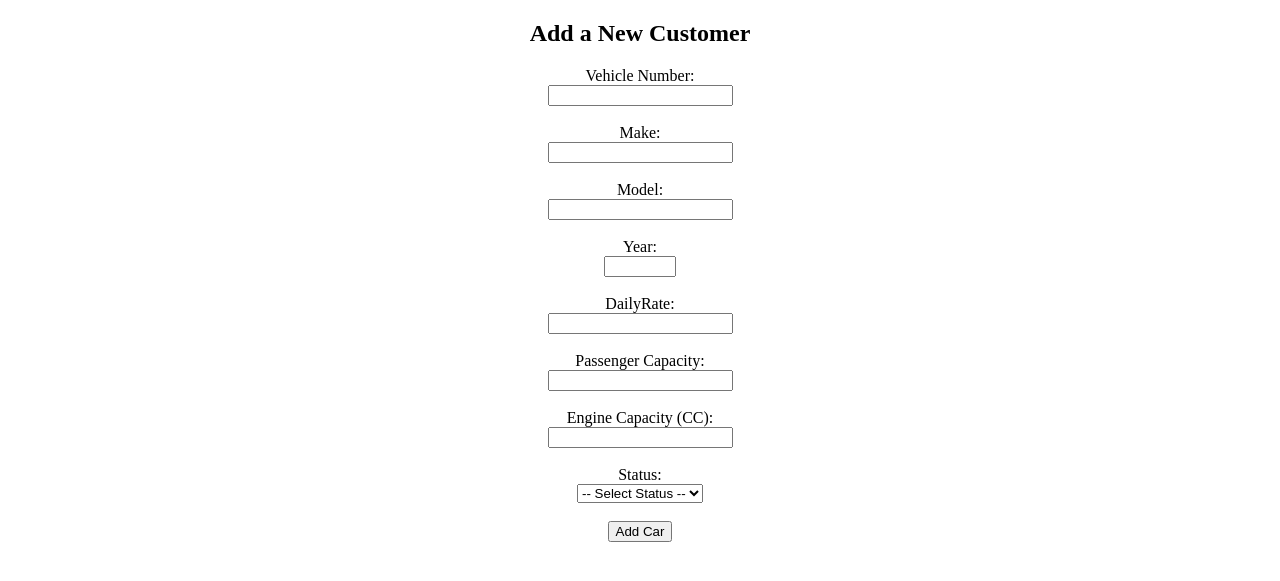
Repository: harsh23012/InfiniteProjects
Page: CarRent/carrent/src/main/webapp/AddCustomer.html
These files come from the project's save history. The page is drawn as it stood at one moment and after the next save; the edit follows.
The browser window is 1280 px wide. The pictures show the whole page.

Above is the page before, as saved 2025-05-04 07:09:12.

### CarRent/carrent/src/main/webapp/AddCustomer.html
<!DOCTYPE html>
<html>
<head>
<meta charset="UTF-8">
<title>Insert title here</title>
</head>
<body>
	<form method="post" action="addCarServlet">
        <center>
            <h2>Add a New Customer</h2>

            Vehicle Number: <br>
            <input type="text" name="vehNumber" required /><br><br>

            Make: <br>
            <input type="text" name="make" required /><br><br>

            Model: <br>
            <input type="text" name="model" required /><br><br>

            Year: <br>
            <input type="number" name="year" min="1900" max="2099" required /><br><br>

            DailyRate: <br>
            <input type="number" name="dailyRate" required /><br><br>

			Passenger Capacity: <br>
            <input type="number" name="passengerCapacity" required /><br><br>

			Engine Capacity (CC): <br>
            <input type="number" name="engineCapacity" required /><br><br>

            Status: <br>
            <select name="status" required>
                <option value="">-- Select Status --</option>
                <option value="available">Available</option>
                <option value="notAvailable">Not Available</option>
            </select><br><br>

            <input type="submit" value="Add Car" />
        </center>
    </form>
</body>
</html>

After the next save:
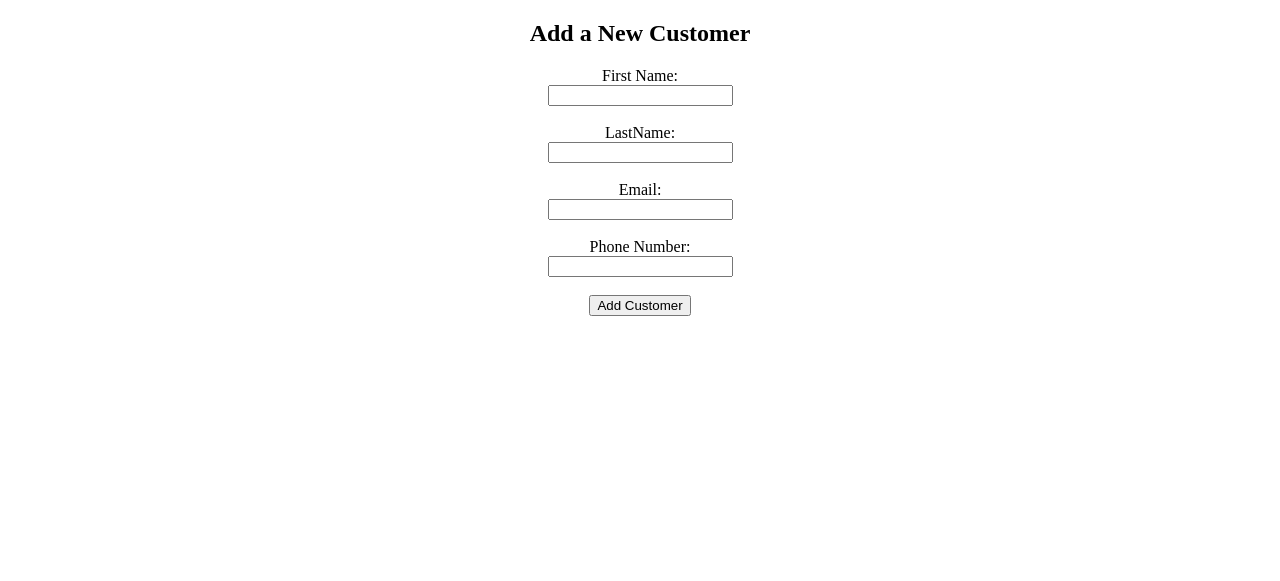
Saved 2 min 47 s later.
--- a/CarRent/carrent/src/main/webapp/AddCustomer.html
+++ b/CarRent/carrent/src/main/webapp/AddCustomer.html
@@ -5,39 +5,23 @@
 <title>Insert title here</title>
 </head>
 <body>
-	<form method="post" action="addCarServlet">
+	<form method="post" action="addCustomerServlet">
         <center>
             <h2>Add a New Customer</h2>
 
-            Vehicle Number: <br>
-            <input type="text" name="vehNumber" required /><br><br>
+            First Name: <br>
+            <input type="text" name="firstName" required /><br><br>
 
-            Make: <br>
-            <input type="text" name="make" required /><br><br>
+            LastName: <br>
+            <input type="text" name="lastName" required /><br><br>
 
-            Model: <br>
-            <input type="text" name="model" required /><br><br>
+            Email: <br>
+            <input type="email" name="email" required /><br><br>
 
-            Year: <br>
-            <input type="number" name="year" min="1900" max="2099" required /><br><br>
+            Phone Number: <br>
+            <input type="tel" name="phoneNumber" required /><br><br>
 
-            DailyRate: <br>
-            <input type="number" name="dailyRate" required /><br><br>
-
-			Passenger Capacity: <br>
-            <input type="number" name="passengerCapacity" required /><br><br>
-
-			Engine Capacity (CC): <br>
-            <input type="number" name="engineCapacity" required /><br><br>
-
-            Status: <br>
-            <select name="status" required>
-                <option value="">-- Select Status --</option>
-                <option value="available">Available</option>
-                <option value="notAvailable">Not Available</option>
-            </select><br><br>
-
-            <input type="submit" value="Add Car" />
+            <input type="submit" value="Add Customer" />
         </center>
     </form>
 </body>
